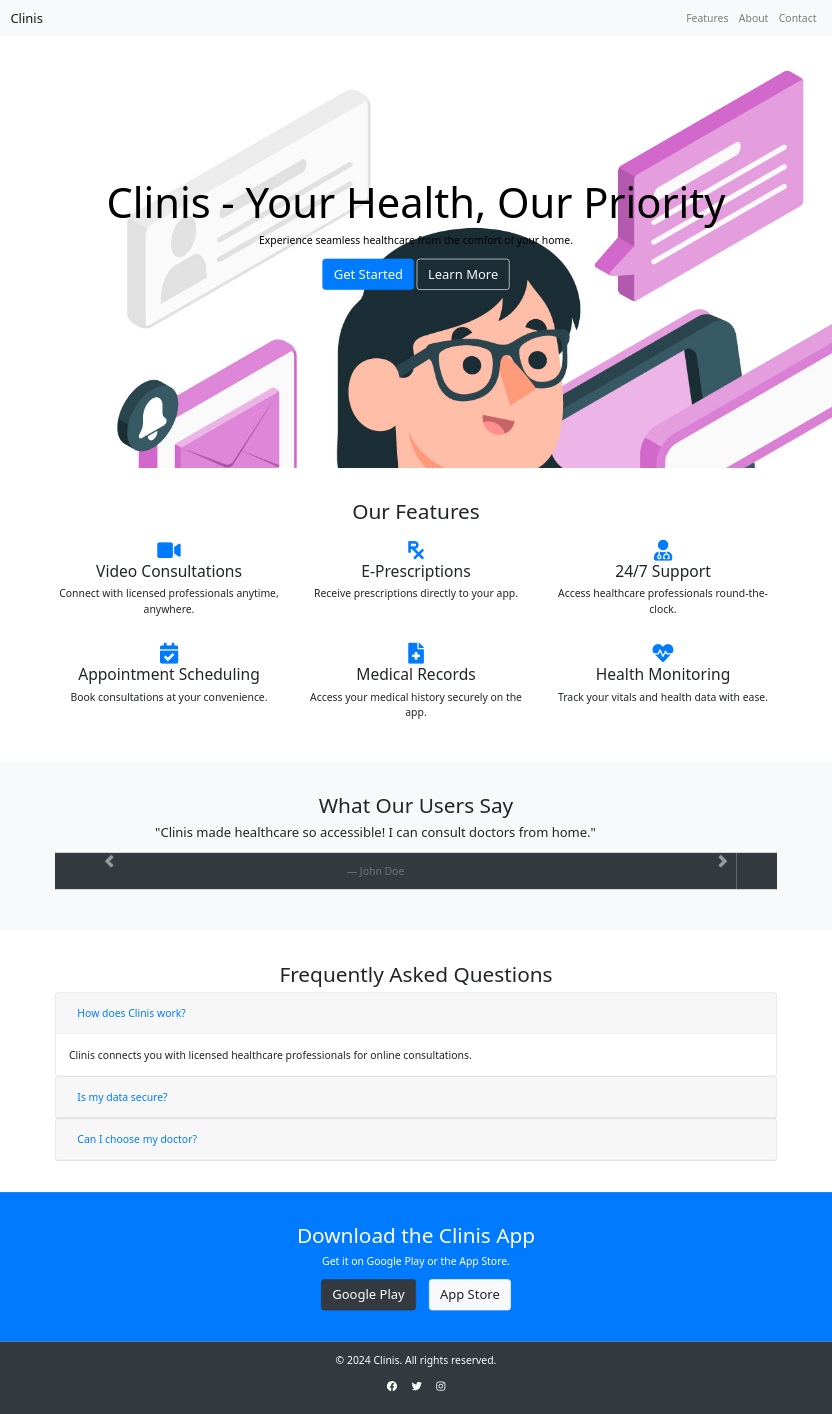
Repository: Rupak09/demo1
Page: index.html
The author's editor kept a copy of each file at every save. The page is drawn from the files as they stood at one save, then again after the next save.
The browser window is 1280 px wide. The pictures show the whole page, at 65% of full size.

Above is the page before, as saved 2024-12-28 14:49:11.

After the next save:
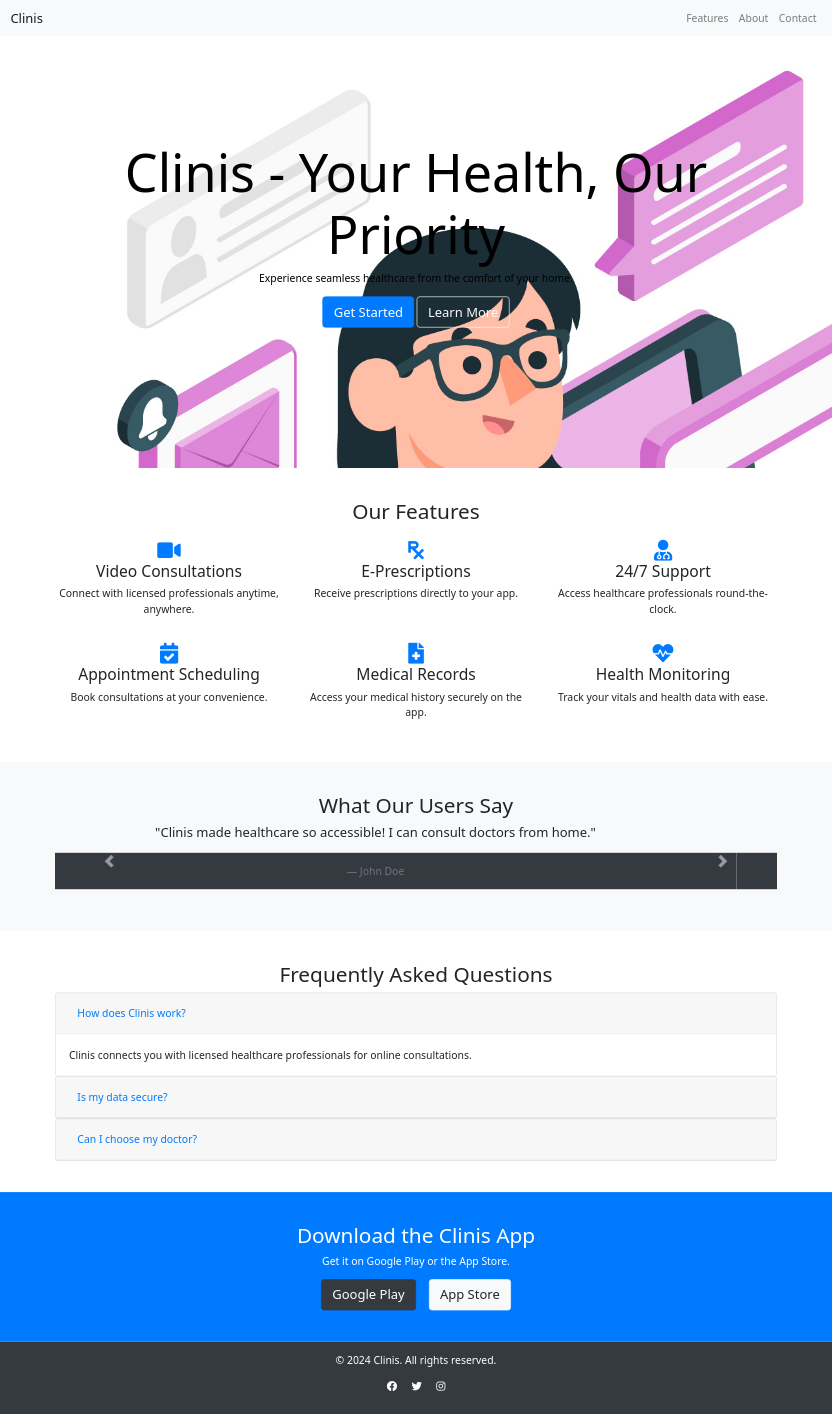
Saved 20 s later.
--- a/index.html
+++ b/index.html
@@ -27,7 +27,7 @@
         }
 
         #hero h1 {
-            font-size: 4rem;
+            font-size: 5rem;
         }
 
         #features .icon {
